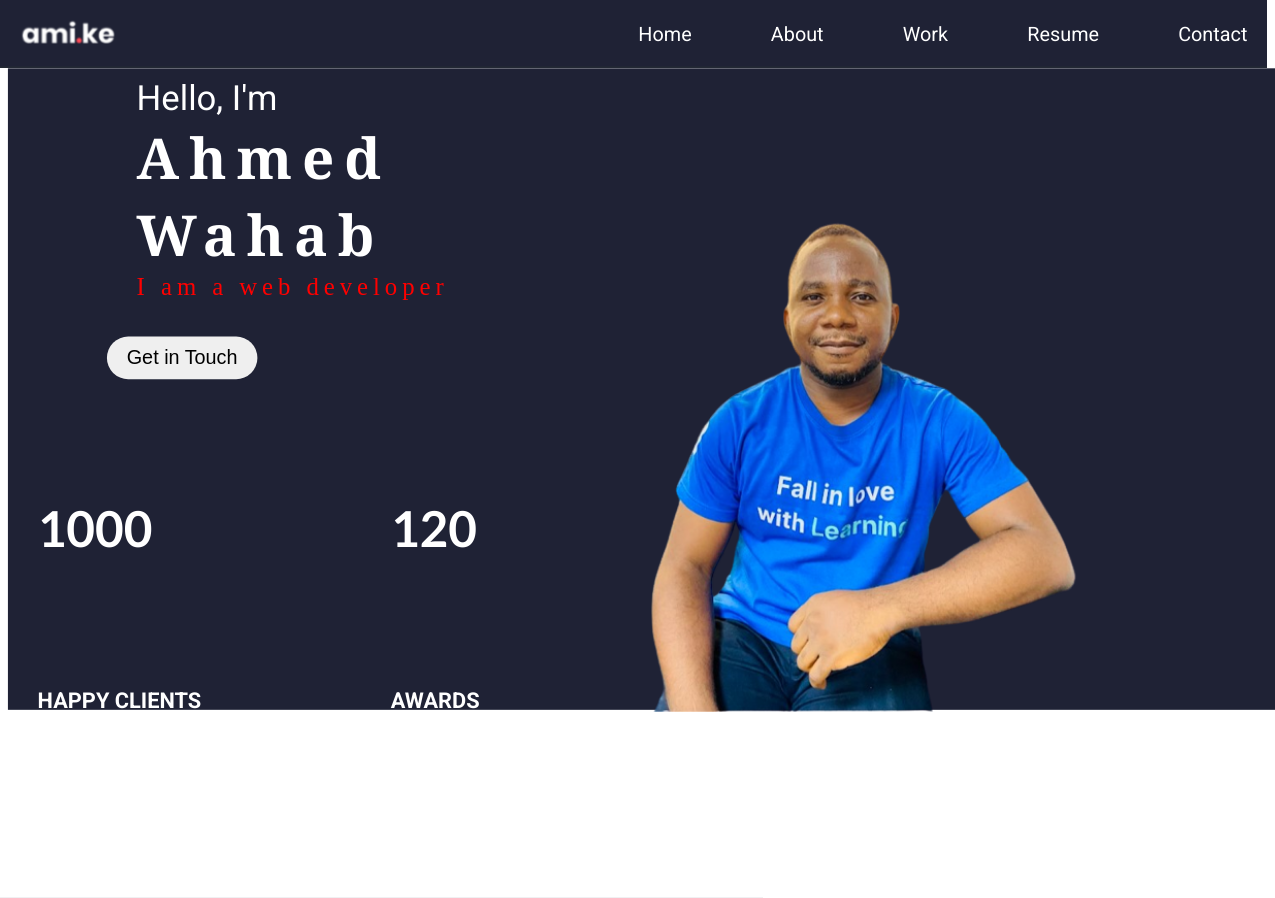
Repository: imokha01/HTML
Page: index.html
These files come from the project's save history. The page is drawn as it stood at one moment and after the next save; the edit follows.
The browser window is 1280 px wide. The page is 1288 px wide, so the pictures cover 1288 px, including what lies to the right of the window. The pictures show the whole page, at 99% of full size.

Above is the page before, as saved 2023-11-27 23:21:30.

After the next save:
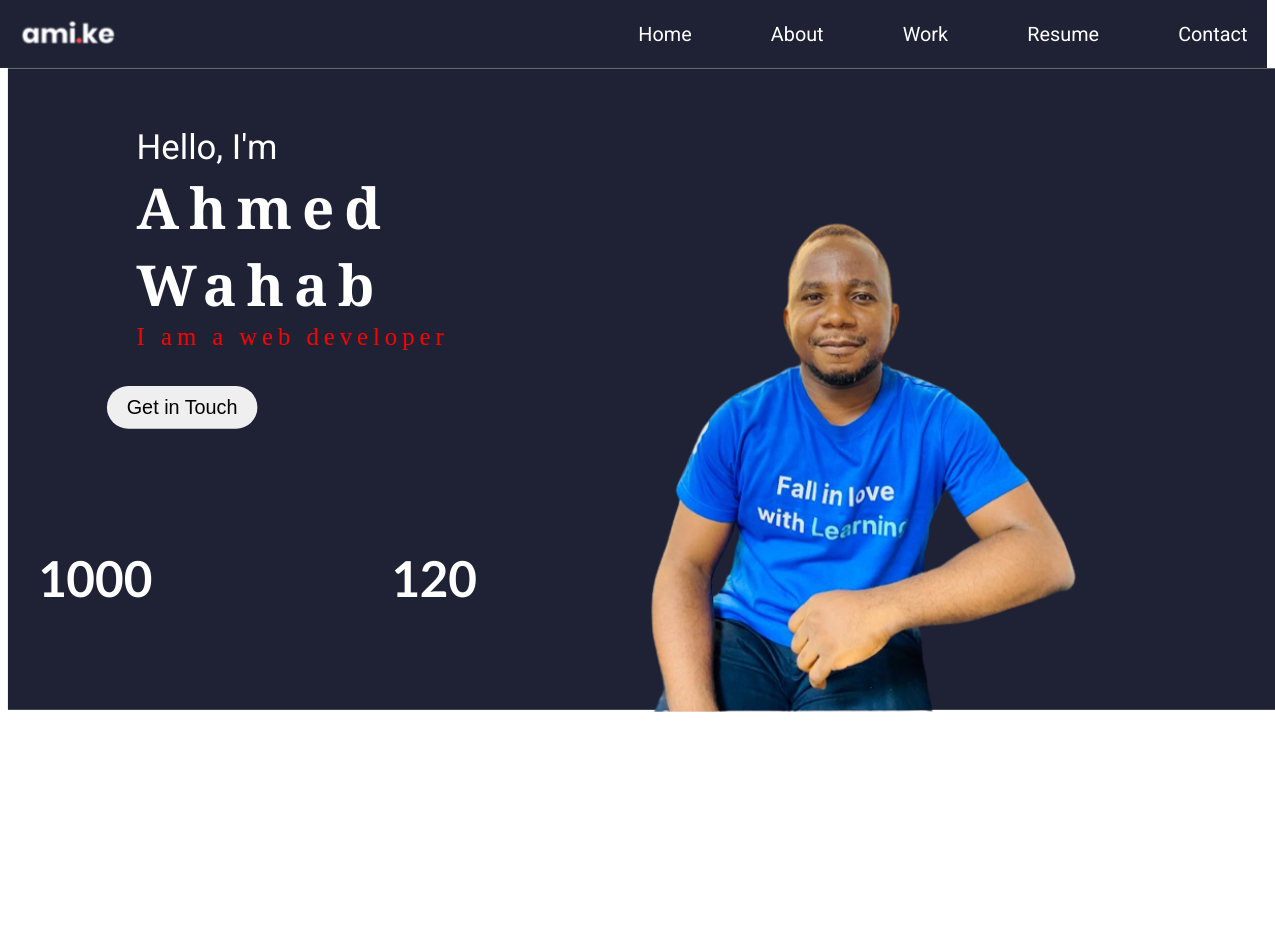
Saved 12 s later.
--- a/index.css
+++ b/index.css
@@ -82,7 +82,7 @@ li > a {
   flex-direction: column;
   align-items: flex-start;
   justify-content: center;
-  margin: 200px 0 50px 100px;
+  margin: 300px 0 50px 100px;
 }
 
 h1,
